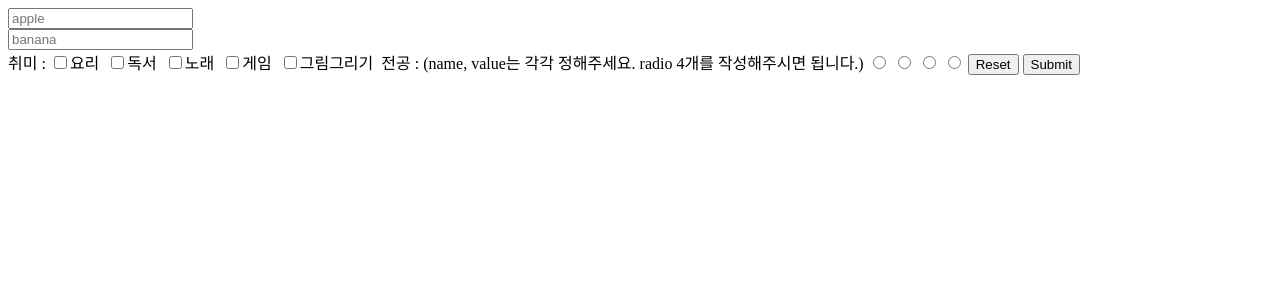
Repository: lee-ruru/jsp_practice
Page: http://localhost/JSPBasic/JspObject/1.requests/req_param_send.jsp
An editor plug-in stored every save of this project. The page is shown before and after the next save, followed by the edit.
The browser window is 1280 px wide. The pictures show the whole page.
The page is served by Tomcat 9.

Above is the page before, as saved 2022-02-03 06:41:36.

After the next save:
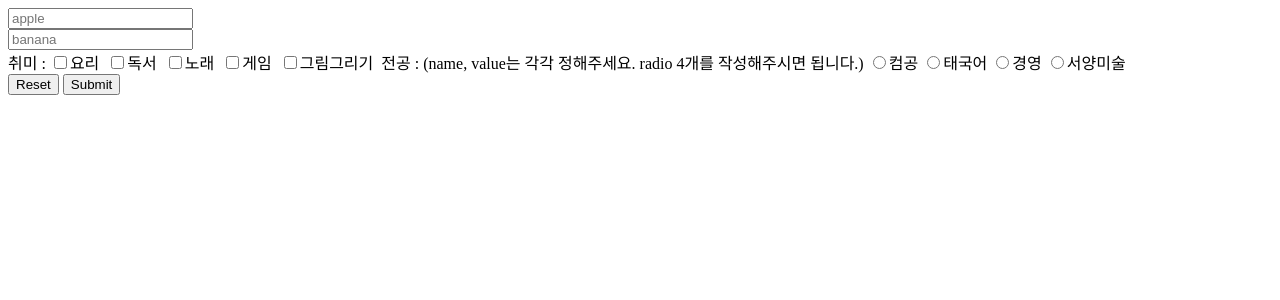
Saved 23 s later.
--- a/JSPBasic/src/main/webapp/JspObject/1.requests/req_param_send.jsp
+++ b/JSPBasic/src/main/webapp/JspObject/1.requests/req_param_send.jsp
@@ -27,10 +27,10 @@
 		<input type = "checkbox" name="hobby" value="그림그리기" >그림그리기&nbsp;
 
 		전공 : (name, value는 각각 정해주세요. radio 4개를 작성해주시면 됩니다.)
-		<input type="radio" name="" value=""/>
-		<input type="radio" name="" value=""/>
-		<input type="radio" name="" value=""/>
-		<input type="radio" name="" value=""/>
+		<input type="radio" name="major" value="컴퓨터공학"/>컴공
+		<input type="radio" name="major" value="태국어"/>태국어
+		<input type="radio" name="major" value="경영학"/>경영
+		<input type="radio" name="major" value="서양미술학"/>서양미술<br/>
 
 		<input type="reset" />
 		<input type="submit" />
